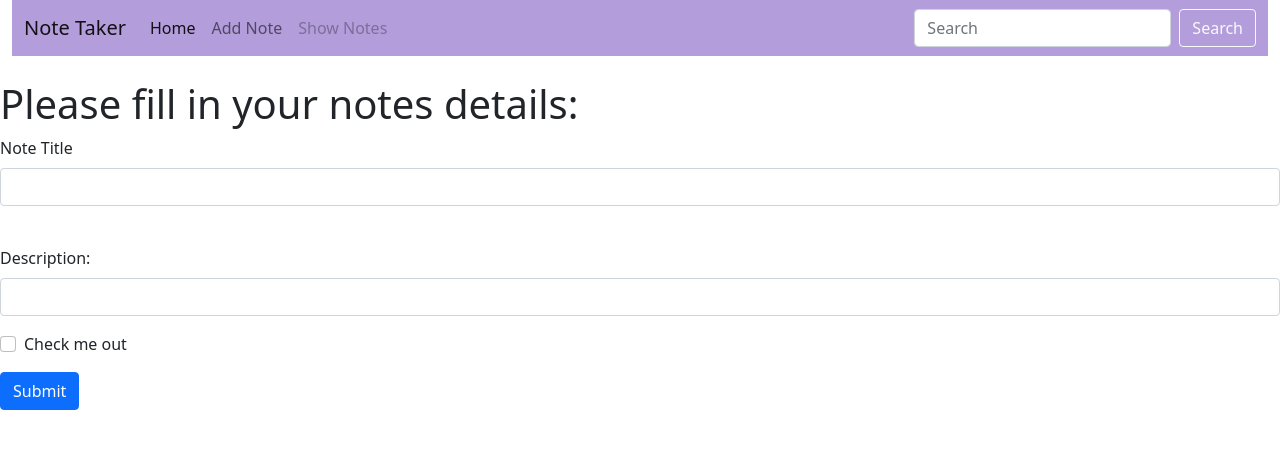
Repository: Tanmoy4672/Hibernate
Page: http://localhost/NoteTaker/add_notes.jsp
The author's editor kept a copy of each file at every save. The page is drawn from the files as they stood at one save, then again after the next save.
The browser window is 1280 px wide. The pictures show the whole page.
The page is served by Tomcat 9. Other server files are loaded and not shown.

Above is the page before, as saved 2021-12-16 06:17:12.

### NoteTaker/src/main/webapp/add_notes.jsp
<%@ page language="java" contentType="text/html; charset=ISO-8859-1"
	pageEncoding="ISO-8859-1"%>
<!DOCTYPE html>
<html>
<head>
<meta charset="ISO-8859-1">
<title>Add notes</title>
<%@include file="All_js_css.jsp"%>

</head>
<body>
	<div class="container-fluid">
		<%@include file="Navbar.jsp"%>
	</div>

<br>
<h1>Please fill in your notes details:</h1>
	<!-- This is add notes form -->
	<form action="SaveNoteServlet" method="POST">
		<div class="mb-3">
			<label for="exampleInputEmail1" class="form-label">Note Title</label>
			 <input type="text" class="form-control"
				id="exampleInputEmail1" aria-describedby="emailHelp">
			<br>
		</div>
		<div class="mb-3">
			<label for="exampleInputPassword1" class="form-label">Description:</label>
			<input type="text" class="form-control"
				id="exampleInputPassword1">
		</div>
		<div class="mb-3 form-check">
			<input type="checkbox" class="form-check-input" id="exampleCheck1">
			<label class="form-check-label" for="exampleCheck1">Check me
				out</label>
		</div>
		<button type="submit" class="btn btn-primary">Submit</button>
	</form>




</body>
</html>

### NoteTaker/src/main/webapp/All_js_css.jsp
<!-- Bootstrap CSS -->
    <link href="https://cdn.jsdelivr.net/npm/bootstrap@5.0.2/dist/css/bootstrap.min.css" rel="stylesheet" integrity="sha384-EVSTQN3/azprG1Anm3QDgpJLIm9Nao0Yz1ztcQTwFspd3yD65VohhpuuCOmLASjC" crossorigin="anonymous">
    <link href="CSS/style.css" rel="stylesheet"/>

 <!-- Optional JavaScript; choose one of the two! -->

    <!-- Option 1: Bootstrap Bundle with Popper -->
    <script src="https://cdn.jsdelivr.net/npm/bootstrap@5.0.2/dist/js/bootstrap.bundle.min.js" integrity="sha384-MrcW6ZMFYlzcLA8Nl+NtUVF0sA7MsXsP1UyJoMp4YLEuNSfAP+JcXn/tWtIaxVXM" crossorigin="anonymous"></script>

    <!-- Option 2: Separate Popper and Bootstrap JS -->

    <script src="https://cdn.jsdelivr.net/npm/@popperjs/core@2.9.2/dist/umd/popper.min.js" integrity="sha384-IQsoLXl5PILFhosVNubq5LC7Qb9DXgDA9i+tQ8Zj3iwWAwPtgFTxbJ8NT4GN1R8p" crossorigin="anonymous"></script>
    <script src="https://cdn.jsdelivr.net/npm/bootstrap@5.0.2/dist/js/bootstrap.min.js" integrity="sha384-cVKIPhGWiC2Al4u+LWgxfKTRIcfu0JTxR+EQDz/bgldoEyl4H0zUF0QKbrJ0EcQF" crossorigin="anonymous"></script>

### NoteTaker/src/main/webapp/Navbar.jsp
<nav class="navbar navbar-expand-lg navbar-light purple">
	<div class="container-fluid">
		<a class="navbar-brand" href="index.jsp">Note Taker</a>
		<button class="navbar-toggler" type="button" data-bs-toggle="collapse"
			data-bs-target="#navbarSupportedContent"
			aria-controls="navbarSupportedContent" aria-expanded="false"
			aria-label="Toggle navigation">
			<span class="navbar-toggler-icon"></span>
		</button>
		<div class="collapse navbar-collapse" id="navbarSupportedContent">
			<ul class="navbar-nav me-auto mb-2 mb-lg-0">
				<li class="nav-item"><a class="nav-link active"
					aria-current="page" href="index.jsp">Home</a></li>
				<li class="nav-item"><a class="nav-link" href="add_notes.jsp">Add Note</a></li>

				<li class="nav-item"><a class="nav-link disabled" href="#"
					tabindex="-1" aria-disabled="true">Show Notes</a></li>
			</ul>
			<form class="d-flex">
				<input class="form-control me-2" type="search" placeholder="Search"
					aria-label="Search">
				<button class="btn btn-outline-light" type="submit">Search</button>
			</form>
		</div>
	</div>
</nav>

### NoteTaker/src/main/webapp/CSS/style.css
.purple{
	background: #b39ddb;
}

After the next save:
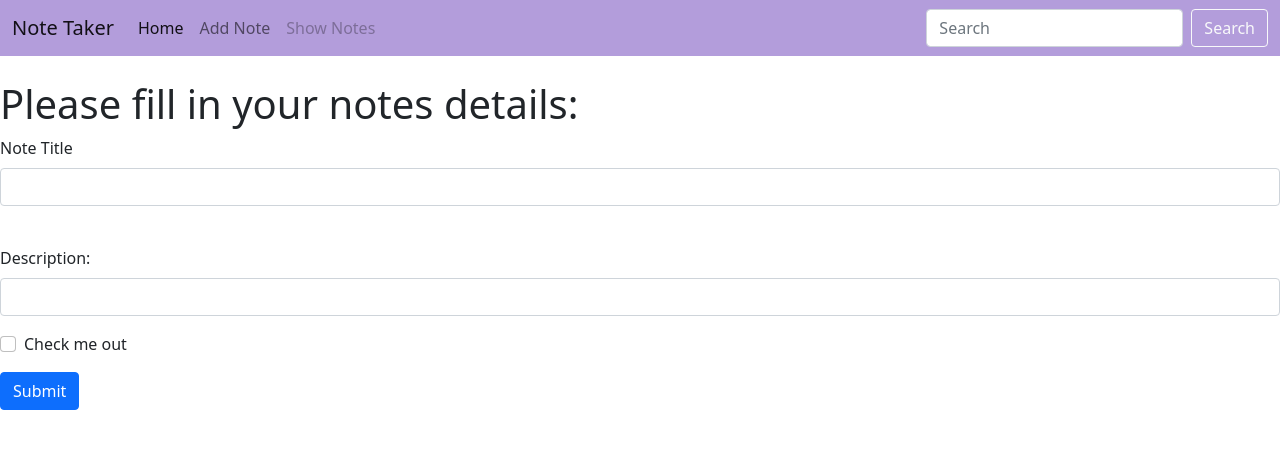
Saved 60 s later.
--- a/NoteTaker/src/main/webapp/add_notes.jsp
+++ b/NoteTaker/src/main/webapp/add_notes.jsp
@@ -9,7 +9,7 @@
 
 </head>
 <body>
-	<div class="container-fluid">
+	<div class="container-fluid p-0 m-0">
 		<%@include file="Navbar.jsp"%>
 	</div>
 
@@ -17,7 +17,7 @@
 <h1>Please fill in your notes details:</h1>
 	<!-- This is add notes form -->
 	<form action="SaveNoteServlet" method="POST">
-		<div class="mb-3">
+		<div class="mb-3 p-6">
 			<label for="exampleInputEmail1" class="form-label">Note Title</label>
 			 <input type="text" class="form-control"
 				id="exampleInputEmail1" aria-describedby="emailHelp">
